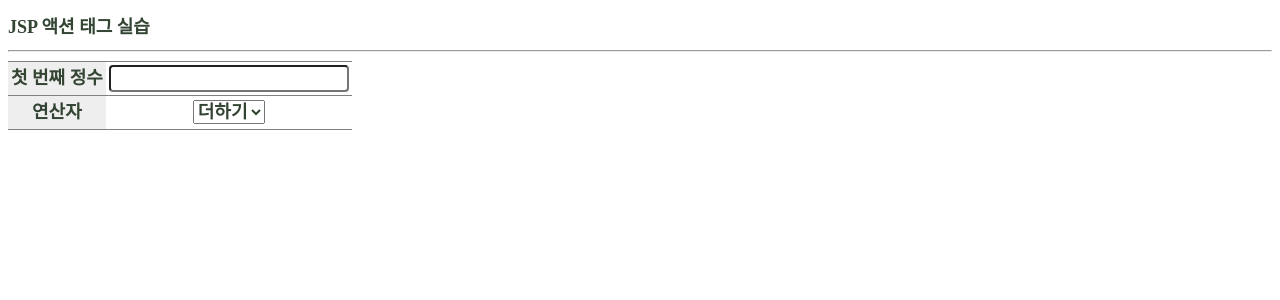
Repository: hyyrim/WebStudy
Page: http://localhost/WebApp16/Calc.jsp
These files come from the project's save history. The page is drawn as it stood at one moment and after the next save; the edit follows.
The browser window is 1280 px wide. The pictures show the whole page.
The page is served by Tomcat 9. Other server files are loaded and not shown.

Above is the page before, as saved 2021-05-20 03:07:23.

### WebApp16/WebContent/Calc.jsp
<%@ page contentType="text/html; charset=UTF-8"%>
<!DOCTYPE html>
<html>
<head>
<meta charset="UTF-8">
<title>Calc.jsp</title>
<link rel="stylesheet" type="text/css" href="css/default.css">

</head>
<body>

<div>
	<h1>JSP 액션 태그 실습</h1>
	<hr>
</div>

<div>
	<form>
		<table class="table">
			<tr>
				<th>첫 번째 정수</th>
				<td>
					<input type="text" name="su1" class="txtNum">
				</td>
			</tr>
			<tr>
				<th>연산자</th>
				<td>
					<select name="op">
						<option value="+">더하기</option>
						<option value="-">빼기</option>
						<option value="*">곱하기</option>
						<option value="/">나누기</option>
					</select>
				</td>
			</tr>
		</table>
	</form>
</div>


</body>
</html>

### WebApp16/WebContent/css/default.css
@charset "UTF-8";

*
{
	font-size: 18px;
	color: #343;
	font-family: 맑은 고딕;
	font-weight: bold;
}

input
{
	border-radius: 4px;
}

button:hover
{
	color: orange;
}

.table
{
	border-collapse: collapse;
}

.table th, .table td
{
	border: 1px solid gray;
	border-left: 0px;
	border-right: 0px;

	padding: 3px;
	line-height: 150%;
	text-align: center;
}

.table th
{
	font-weight: bold;
	background-color: #EEE;
}

.btn01
{
	font-size: 10px;
	color: blue;
	width: 45px;
	height: 30px;
}

.btn02
{
	font-size: 10px;
	color: gray;
	width: 45px;
	height: 30px;
}

.btn02:hover
{
	color: gray;
}

.errMsg
{
	font-size: small;
	color: red;
	display: none;
}

.numTh
{
	width: 50px;
}

.nameTh
{
	width: 100px;
}

.telTh
{
	width: 150px;
}

.manageTh
{
	width: 200px;
}

.txtScore
{
	width: 100px;
	text-align: right;
}

After the next save:
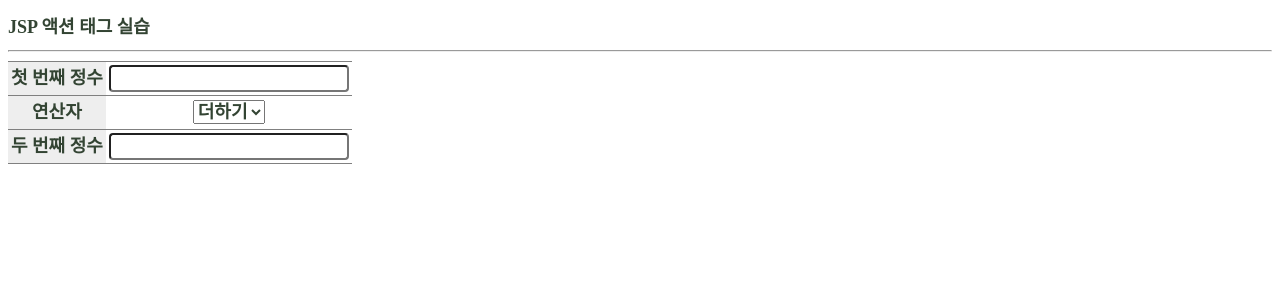
Saved 36 s later.
--- a/WebApp16/WebContent/Calc.jsp
+++ b/WebApp16/WebContent/Calc.jsp
@@ -34,6 +34,13 @@
 					</select>
 				</td>
 			</tr>
+			<tr>
+				<th>두 번째 정수</th>
+				<td>
+					<input type="text" name="su1" class="txtNum">
+				</td>
+			</tr>
+
 		</table>
 	</form>
 </div>
